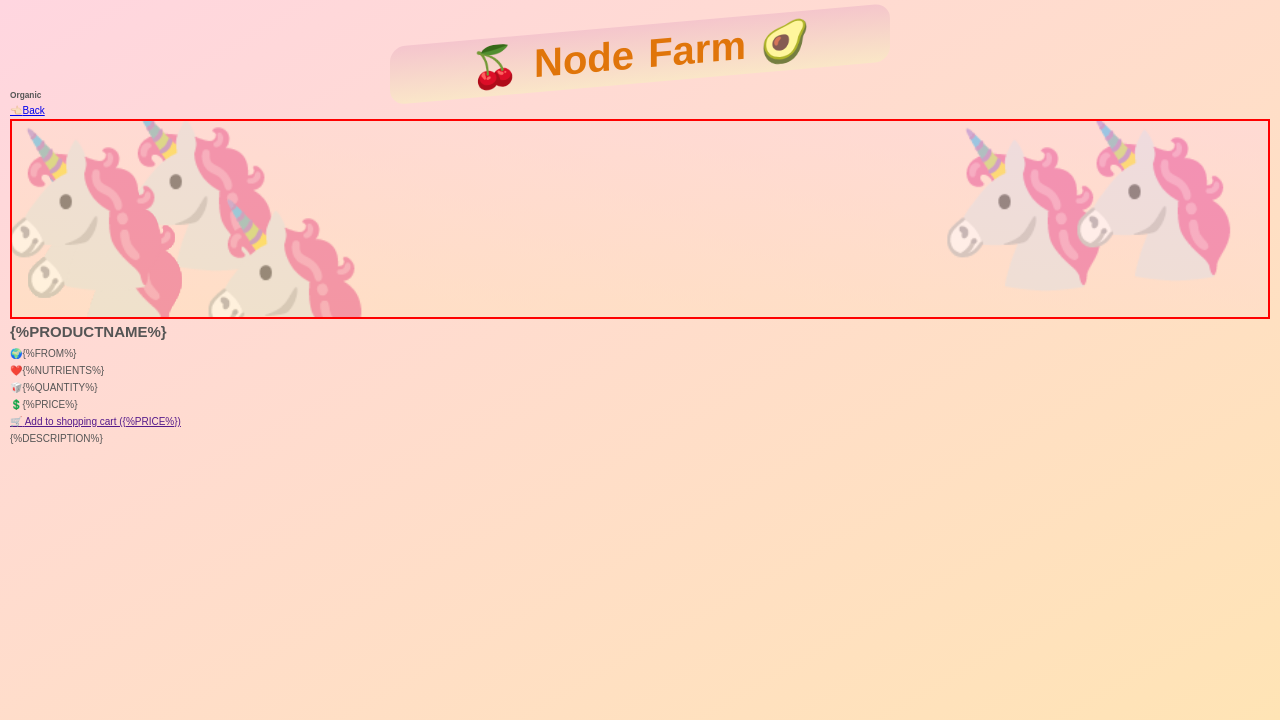
Repository: Kubraaygun/NodeFarm_Backend
Page: templates/product.html
The author's editor kept a copy of each file at every save. The page is drawn from the files as they stood at one save, then again after a run of saves.
The browser window is 1280 px wide. The pictures show the whole page.

Above is the page before, as saved 2025-09-04 22:33:32.

### templates/product.html
<!DOCTYPE html>
<html lang="en">
  <head>
    <meta charset="UTF-8" />
    <meta name="viewport" content="width=device-width, initial-scale=1.0" />
    <title>{%PRODUCTNAME%} {%IMAGE%} /// NODE FARM</title>
    <style>
      *,
      *::before,
      *::after {
        margin: 0;
        padding: 0;
        box-sizing: inherit;
      }
      html {
        font-size: 10px;
        box-sizing: border-box;
      }
      body {
        padding: 20px 10px 10px;
        line-height: 1.7;
        font-family: sans-serif;
        color: #555;
        background: linear-gradient(to bottom right, #ffd6e0, #ffe4b5);
        min-height: 100vh;
      }

      h1 {
        font-size: 4rem;
        color: rgb(224, 117, 10);
        transform: skewY(-5deg);
        text-align: center;
        position: relative;
        word-spacing: 3px;
      }
      h1::before {
        content: "";
        display: block;
        height: 85%;
        width: 50%;
        max-width: 500px;
        min-width: 350px;
        background: linear-gradient(
          to bottom,
          #f0bdc9,
          /* canlı pembe */ #f8ebc3
        );
        position: absolute;
        z-index: -1;
        left: 50%;
        top: 50%;
        opacity: 0.7;
        transform: translate(-50%, -50%);
        border-radius: 15px;
      }

      .container {
        width: 100%;
        margin: 0 auto;
      }
      .product__hero {
        position: relative;
        height: 20rem;
        overflow: hidden;
        border: 2px solid red;
      }
      .product__hero::before {
        content: "";
        display: block;
        height: 100%;
        width: 100%;
        z-index: 100;
        position: absolute;
        top: 0;
        left: 0;
        background: linear-gradient(to left bottom, #ffd6e0, #ffe4b5);
        opacity: 0.5;
      }

      .product__emoji {
        font-size: 15rem;
        position: absolute;
      }
      .product__emoji--1 {
        top: -4rem;
        left: -2rem;
        z-index: 10;
      }
      .product__emoji--2 {
        top: -6rem;
        left: 9rem;
      }
      .product__emoji--3 {
        top: -4rem;
        right: 15rem;
      }
      .product__emoji--4 {
        top: -5rem;
        right: 2rem;
      }
      .product__emoji--5 {
        bottom: -9rem;
        left: 18rem;
      }
    </style>
  </head>
  <body>
    <div class="container">
      <h1>🍒 Node Farm 🥑</h1>
      <figure class="product">
        <div class="product__organic {%NOT_ORGANIC%}">
          <h5>Organic</h5>
        </div>
        <a href="/overview" class="product__back">
          <span class="emoji-left">👈🏻</span>Back</a
        >
        <div class="product__hero">
          <span class="product__emoji product__emoji--1">🦄</span>
          <span class="product__emoji product__emoji--2">🦄</span>
          <span class="product__emoji product__emoji--3">🦄</span>
          <span class="product__emoji product__emoji--4">🦄</span>
          <span class="product__emoji product__emoji--5">🦄</span>
          <span class="product__emoji product__emoji--6">🦄</span>
          <span class="product__emoji product__emoji--7">🦄</span>
          <span class="product__emoji product__emoji--8">🦄</span>
          <span class="product__emoji product__emoji--9">🦄</span>
          <span class="product__emoji product__emoji--10">🦄</span>
        </div>

        <h2 class="product__name">{%PRODUCTNAME%}</h2>
        <div class="product__details">
          <p><span class="emoji-left">🌍</span>{%FROM%}</p>
          <p><span class="emoji-left">❤️</span>{%NUTRIENTS%}</p>
          <p><span class="emoji-left">🥡</span>{%QUANTITY%}</p>
          <p><span class="emoji-left">💲</span>{%PRICE%}</p>
        </div>

        <a href="" class="product__link">
          <span class="emoji-left">🛒</span>
          <span>Add to shopping cart ({%PRICE%})</span>
        </a>
        <p class="product__description">{%DESCRIPTION%}</p>
      </figure>
    </div>
  </body>
</html>

After the next 2 saves:
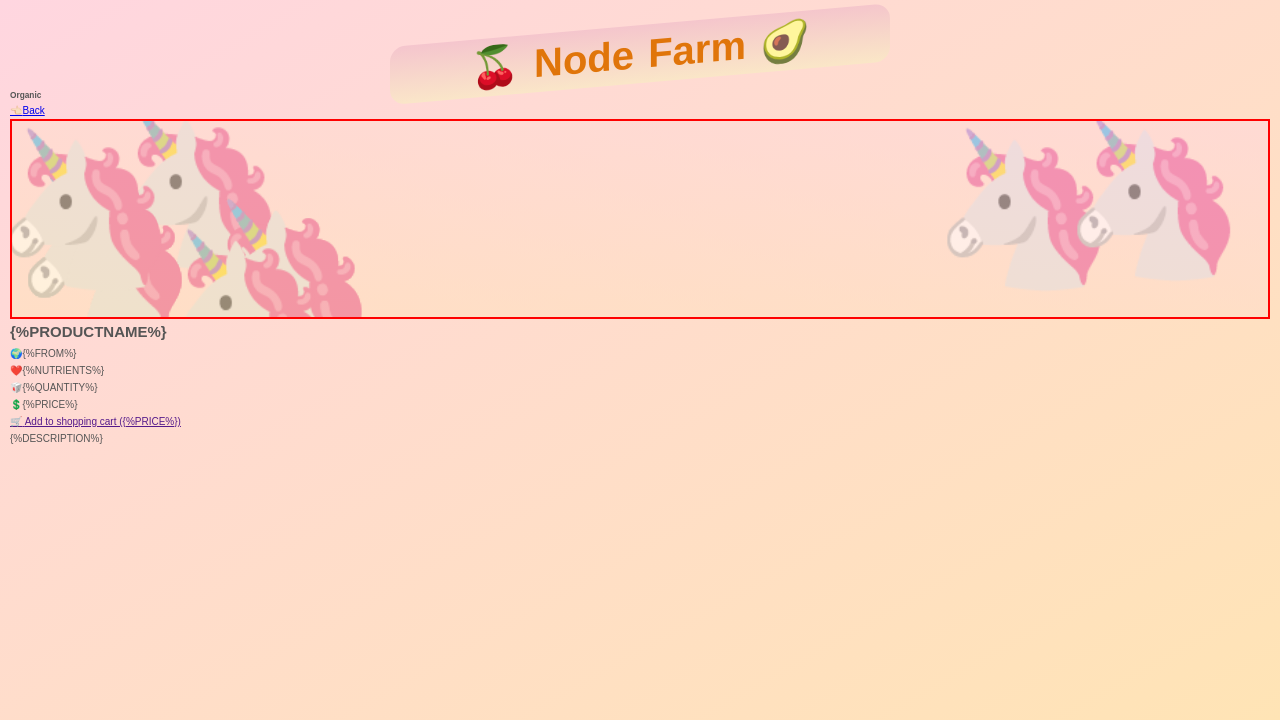
The 2 saves are shown as one change because they came seconds apart.
The last was saved 17 h 52 min later.
--- a/templates/product.html
+++ b/templates/product.html
@@ -102,6 +102,26 @@
         bottom: -9rem;
         left: 18rem;
       }
+      .product__emoji--6 {
+        bottom: -9rem;
+        left: 18rem;
+      }
+      .product__emoji--7 {
+        bottom: -12rem;
+        left: 14rem;
+      }
+      .product__emoji--5 {
+        bottom: -9rem;
+        left: 18rem;
+      }
+      .product__emoji--5 {
+        bottom: -9rem;
+        left: 18rem;
+      }
+      .product__emoji--5 {
+        bottom: -9rem;
+        left: 18rem;
+      }
     </style>
   </head>
   <body>
